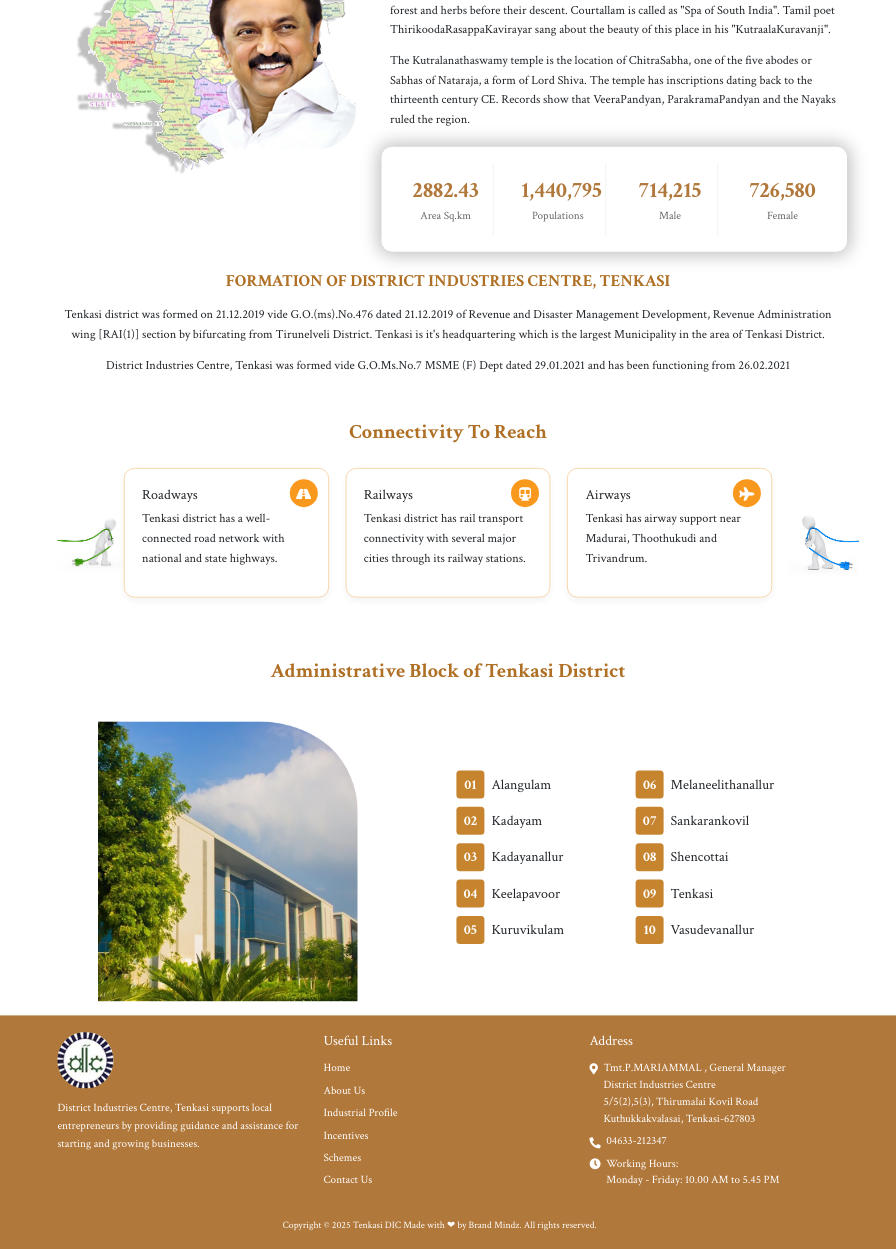
Repository: Brand-Mindz-Global-Technology-Pvt-Ltd/TenkasiDIC--FrontEnd
Page: About US/aboutus.html
The author's editor kept a copy of each file at every save. The page is drawn from the files as they stood at one save, then again after the next save.
The browser window is 1280 px wide. The pictures show the part of the page from y = 832 to 2752 px (the page is 2616 px tall before and 2752 px after), at 70% of full size.

Above is the page before, as saved 2025-07-09 09:17:08.

### About US/aboutus.html
<!DOCTYPE html>
<html lang="en">
<head>
  <meta charset="UTF-8">
  <title>Tenkasi District</title>
  <link rel="shortcut icon" type="image/x-icon" href="../img/favicon.ico">
  <meta name="viewport" content="width=device-width, initial-scale=1">
  <link href="https://cdn.jsdelivr.net/npm/bootstrap@5.3.2/dist/css/bootstrap.min.css" rel="stylesheet">
  <!-- Added Crimson Text font as requested -->
  <link href="https://fonts.googleapis.com/css2?family=Crimson+Text:wght@400;600;700&display=swap" rel="stylesheet">
  <link rel="stylesheet" href="https://cdnjs.cloudflare.com/ajax/libs/font-awesome/5.15.4/css/all.min.css">
  <link rel="stylesheet" href="./aboutus.css">
  <link rel="icon" type="image/x-icon" href="../img/dic.ico">

</head>
<body>

    <!-- Banner Image Section with overlay navbar -->
  <div class="position-relative">
    <div class="container position-absolute top-0 start-50 translate-middle-x" style="z-index: 1030; padding-top: 15px; margin-top:16px;">
      <nav class="navbar navbar-expand-lg shadow" id="mainNav">
        <a class="navbar-brand" href="../LandingPage/LandingPage.html">
            <img src="../img/diclogo.jpg" alt="Logo" />
        </a>
        <button class="navbar-toggler" type="button" data-bs-toggle="collapse" data-bs-target="#navbarNav" aria-controls="navbarNav" aria-expanded="false" aria-label="Toggle navigation">
          <span class="navbar-toggler-icon">
            <span class="middle-bar"></span>
          </span>
        </button>
        <div class="collapse navbar-collapse justify-content-center" id="navbarNav">
          <ul class="navbar-nav">
            <li class="nav-item"><a class="nav-link" href="../LandingPage/LandingPage.html">Home</a></li>
            <li class="nav-item"><a class="nav-link active" href="../About US/aboutus.html">About Us</a></li>
            <li class="nav-item"><a class="nav-link" href="../Industrial Profile/Industrial.html">Industrial Profile</a></li>
            <li class="nav-item"><a class="nav-link" href="../Incentive Page/Incentives.html">Incentives</a></li>
            <li class="nav-item"><a class="nav-link " href="../Schemes/Schemes.html">Schemes</a></li>
            <li class="nav-item"><a class="nav-link" href="../Contact Page/Contactus.html">Contact Us</a></li>
          </ul>
        </div>
      </nav>
    </div>

    <div class="banner-container position-relative">
      <img src="../img/aboutus.png" alt="Schemes Banner" class="banner-image banner-blur">
      <!-- Black overlay -->
      <div class="banner-black-overlay"></div>
      <a href="https://msmeonline.tn.gov.in" class="incentives-link" target="_blank" rel="noopener noreferrer">
        For all Loans and Incentives: msmeonline.tn.gov.in
      </a>
      <div class="aboutus-banner-overlay d-flex flex-column align-items-center justify-content-end">
        <h1 class="aboutus-banner-title mb-2">About us</h1>
        <nav class="aboutus-breadcrumb" aria-label="breadcrumb">
          <ol class="breadcrumb mb-0 p-0 bg-transparent">
            <li class="breadcrumb-item">
              <a href="../LandingPage/LandingPage.html" class="aboutus-breadcrumb-link">Home</a>
            </li>
            <li class="breadcrumb-item active" aria-current="page">About us</li>
          </ol>
        </nav>
      </div>
    </div>
  </div>
<div class="container mt-4">
  <!-- District Overview -->
  <div class="row align-items-center">
    <div class="col-md-5 text-center mb-4">
      <img src="../img/tenkasimap.png" alt="Tenkasi Map" class="map-img">
    </div>
    <div class="col-md-7">
      <div class="glance-title">District at a Glance</div>
      <div class="about-title">About District</div>
      <p>
        The new Tenkasi district was bifurcated from Tirunelveli in 2019. Tenkasi District is located in the south western region of Tamilnadu. It is surrounded by Tirunelveli district in the south east and Virudhunagar in the North. The total geographical area of the district is 2882.44sq.kms. It comprises of 8 Talukas 5 Municipalities, 18 Town panchayaths, 246 revenue villages, 221 village panchayaths.
              </p>
      <p>
        The Chittar river flows through the district.  The famous Coutrallam Falls is on Chittar River. The waterfalls of Courtallam are said to have medicinal value as they run through forest and herbs before their descent. Courtallam is called as "Spa of South India". Tamil poet ThirikoodaRasappaKavirayar sang about the beauty of this place in his "KutraalaKuravanji".
      </p>
<p>
  The Kutralanathaswamy temple is the location of ChitraSabha, one of the five abodes or Sabhas of Nataraja, a form of Lord Shiva. The temple has inscriptions dating back to the thirteenth century CE. Records show that VeeraPandyan, ParakramaPandyan and the Nayaks ruled the region.

</p>

      <div class="row text-center mt-4">
        <div class="stats-container p-4" style="background: white; border-radius: 15px;     box-shadow: 0 0 25px 5px rgba(0, 0, 0, 0.25);
">
          <div class="row">
            <div class="col-6 col-md-3 mb-3 mb-md-0">
              <div class="stats-item" style="padding: 15px; border-right: 1px solid #eee;">
                <div class="count" data-target="2882.43" style="font-size: 2rem; font-weight: 700; color: #b1783b;">0</div>
                <div class="count-label" style="color: #666;">Area Sq.km</div>
              </div>
            </div>
            <div class="col-6 col-md-3 mb-3 mb-md-0">
              <div class="stats-item" style="padding: 15px; border-right: 1px solid #eee;">
                <div class="count" data-target="1440795" style="font-size: 2rem; font-weight: 700; color: #b1783b;">0</div>
                <div class="count-label" style="color: #666;">Populations</div>
              </div>
            </div>
            <div class="col-6 col-md-3">
              <div class="stats-item" style="padding: 15px; border-right: 1px solid #eee;">
                <div class="count" data-target="714215" style="font-size: 2rem; font-weight: 700; color: #b1783b;">0</div>
                <div class="count-label" style="color: #666;">Male</div>
              </div>
            </div>
            <div class="col-6 col-md-3">
              <div class="stats-item" style="padding: 15px;">
                <div class="count" data-target="726580" style="font-size: 2rem; font-weight: 700; color: #b1783b;">0</div>
                <div class="count-label" style="color: #666;">Female</div>
              </div>
            </div>
          </div>
        </div>
      </div>
    </div>
  </div>

  <div class="text-center mb-5">

    <div class="about-title mt-4">FORMATION OF DISTRICT INDUSTRIES CENTRE, TENKASI</div>
    <p>
      Tenkasi district was formed on 21.12.2019 vide G.O.(ms).No.476 dated 21.12.2019 of Revenue and Disaster Management Development, Revenue Administration wing [RAI(1)] section by bifurcating from Tirunelveli District. Tenkasi is it's headquartering which is the largest Municipality in the area of Tenkasi District.

    </p>
    <p>

      District Industries Centre, Tenkasi was formed vide G.O.Ms.No.7 MSME (F) Dept dated 29.01.2021 and has been functioning from 26.02.2021
    </p>
  </div>

  <!-- Connectivity -->
  <div class="connectivity-title">Connectivity To Reach</div>
  <div class="row justify-content-between align-items-center">
    <div class="col-md-1 text-center d-none d-md-block">
      <img src="../img/left.jpg" alt="Plug Left" class="plug-img">
    </div>
    <div class="col-12 col-md-10">
      <div class="row">
        <div class="col-md-4 mb-4">
          <div class="connect-card">
            <div class="connect-icon"><i class="fas fa-road"></i></div>
            <h5>Roadways</h5>
            <p>Tenkasi district has a well-connected road network with national and state highways.</p>
          </div>
        </div>
        <div class="col-md-4 mb-4">
          <div class="connect-card">
            <div class="connect-icon"><i class="fas fa-subway"></i></div>
            <h5>Railways</h5>
            <p>Tenkasi district has rail transport connectivity with several major cities through its railway stations.</p>
          </div>
        </div>
        <div class="col-md-4 mb-4">
          <div class="connect-card">
            <div class="connect-icon"><i class="fas fa-plane"></i></div>
            <h5>Airways</h5>
            <p>Tenkasi has airway support near Madurai, Thoothukudi and Trivandrum.</p>
          </div>
        </div>
      </div>
    </div>
    <div class="col-md-1 text-center d-none d-md-block">
      <img src="../img/right.jpg" alt="Plug Right" class="plug-img">
    </div>
  </div>

  <!-- Administrative Blocks - Updated to match Image 1 layout -->
  <div class="admin-title">Administrative Block of Tenkasi District</div>
  <div class="admin-blocks">
    <div class="row align-items-center">
      <div class="col-lg-6 mb-4 mb-lg-0">
        <img src="../img/Admin.png" class="admin-image" alt="Admin Building">
      </div>
      <div class="col-lg-6">
        <div class="row">
          <div class="col-12 col-md-6 mb-3 mb-md-0">
            <ul class="admin-list" style="font-size: 1.2rem; padding-left: 0;">
              <li style="margin-bottom: 0.75rem;"><span class="admin-number">01</span> Alangulam</li>
              <li style="margin-bottom: 0.75rem;"><span class="admin-number">02</span> Kadayam</li>
              <li style="margin-bottom: 0.75rem;"><span class="admin-number">03</span> Kadayanallur</li>
              <li style="margin-bottom: 0.75rem;"><span class="admin-number">04</span> Keelapavoor</li>
              <li style="margin-bottom: 0.75rem;"><span class="admin-number">05</span> Kuruvikulam</li>
            </ul>
          </div>
          <div class="col-12 col-md-6">
            <ul class="admin-list" style="font-size: 1.2rem; padding-left: 0;">
              <li style="margin-bottom: 0.75rem;"><span class="admin-number">06</span> Melaneelithanallur</li>
              <li style="margin-bottom: 0.75rem;"><span class="admin-number">07</span> Sankarankovil</li>
              <li style="margin-bottom: 0.75rem;"><span class="admin-number">08</span> Shencottai</li>
              <li style="margin-bottom: 0.75rem;"><span class="admin-number">09</span> Tenkasi</li>
              <li style="margin-bottom: 0.75rem;"><span class="admin-number">10</span> Vasudevanallur</li>
            </ul>
          </div>
        </div>
        <style>
          @media (max-width: 767.98px) {
            .admin-list {
              margin-bottom: 0;
            }
            .admin-list li {
              margin-bottom: 0.78rem !important;
              padding-left: 0 !important;
            }
          }
        </style>
      </div>
    </div>
  </div>
</div>
<footer class="py-4">
  <div class="container">
      <div class="row">
          <div class="col-md-4 mb-4 mb-md-0">
              <div class="d-flex align-items-center mb-3">
                  <img src="../img/diclogo.jpg" alt="DIC Logo" style="width: 80px; height: 80px;" class="me-3">
              </div>
              <p class="text-white" style="font-size: 16px;">
                  District Industries Centre, Tenkasi supports local entrepreneurs by providing guidance and assistance for starting and growing businesses.
              </p>
          </div>
          <div class="col-md-4 mb-4 mb-md-0">
              <h5 class="text-white mb-3">Useful Links</h5>
              <ul class="list-unstyled">
                <li class="mb-2"><a href="../LandingPage/LandingPage.html" class="text-white text-decoration-none">Home</a></li>
                <li class="mb-2"><a href="../About US/aboutus.html" class="text-white text-decoration-none">About Us</a></li>
                <li class="mb-2"><a href="../Industrial Profile/Industrial.html" class="text-white text-decoration-none">Industrial Profile</a></li>
                <li class="mb-2"><a href="../Incentive Page/Incentives.html" class="text-white text-decoration-none">Incentives</a></li>
                <li class="mb-2"><a href="../Schemes/Schemes.html" class="text-white text-decoration-none">Schemes</a></li>
                <li class="mb-2"><a href="../Contact Page/Contactus.html" class="text-white text-decoration-none">Contact Us</a></li>
              </ul>
          </div>
          <div class="col-md-4 mb-4 mb-md-0">
            <h5 class="text-white mb-3">Address</h5>
            <ul class="list-unstyled">
              <li class="mb-2 text-white d-flex align-items-start">
                <i class="fas fa-map-marker-alt text-white me-2 mt-1"></i>
                <div>
                  <span>Tmt.P.MARIAMMAL , General Manager</span><br>
                  <span>District Industries Centre</span><br>
                  <span>5/5(2),5(3), Thirumalai Kovil Road</span><br>
                  <span>Kuthukkakvalasai, Tenkasi-627803</span>
                </div>
              </li>
              <li class="mb-2 text-white d-flex align-items-center">
                <i class="fas fa-phone-alt text-white me-2 mt-1"></i>
                <a href="tel:04633-212347" class="text-white text-decoration-none">04633-212347</a>
              </li>
              <li class="mb-2 text-white d-flex align-items-start">
                <i class="fas fa-clock text-white me-2 mt-1"></i>
                <div>
                  <span>Working Hours:</span><br>
                  <span>Monday - Friday: 10.00 AM to 5.45 PM</span>
                </div>
              </li>
            </ul>
        </div>

      <div class="row mt-4">
          <div class="col-12 text-center">
            <p class="text-white mb-0" style="font-size: 14px;">Copyright © 2025 Tenkasi DIC Made with ❤ by <a href="https://www.brandmindz.com/" target="_blank" style="color: white; text-decoration: none;">Brand Mindz</a>. All rights reserved.</p>          </div>
      </div>
  </div>
</footer>
<script>
  const counters = document.querySelectorAll('.count');
  counters.forEach(counter => {
    const updateCount = () => {
      const target = +counter.getAttribute('data-target');
      const isDecimal = counter.getAttribute('data-target').includes(".");
      const count = +counter.innerText;
      const speed = 100;
      const increment = target / speed;

      if (count < target) {
        counter.innerText = isDecimal
          ? (count + increment).toFixed(2)
          : Math.ceil(count + increment);
        setTimeout(updateCount, 20);
      } else {
        counter.innerText = isDecimal ? target.toFixed(2) : target.toLocaleString();
      }
    };
    updateCount();
  });
</script>
<script src="https://cdn.jsdelivr.net/npm/bootstrap@5.3.3/dist/js/bootstrap.bundle.min.js"></script>
  <script>
    document.addEventListener('DOMContentLoaded', function() {
      // Fixed navbar on scroll
      window.addEventListener('scroll', function() {
        const navbar = document.getElementById('mainNav');
        const body = document.body;
        const navbarContainer = navbar.parentElement;

        if (window.scrollY > 100) {
          // When scrolled, make navbar fixed at top
          navbar.classList.add('fixed-top');
          navbar.classList.remove('position-relative');
          body.classList.add('scrolled');

          // Remove the container's positioning to allow navbar to be full width
          navbarContainer.classList.remove('position-absolute', 'top-0', 'start-50', 'translate-middle-x');
          navbarContainer.style.width = '100%';
          navbarContainer.style.maxWidth = '100%';
          navbarContainer.style.padding = '0';
        } else {
          // Reset to original state when at top
          navbar.classList.remove('fixed-top');
          navbar.classList.add('position-relative');
          body.classList.remove('scrolled');

          // Restore the container's positioning
          navbarContainer.classList.add('position-absolute', 'top-0', 'start-50', 'translate-middle-x');
          navbarContainer.style.width = '';
          navbarContainer.style.maxWidth = '';
          navbarContainer.style.padding = '';
        }
      });

      // Get all navigation links
      const navLinks = document.querySelectorAll('.nav-link');

      // Get the collapse element
      const navbarCollapse = document.getElementById('navbarNav');
      const bsCollapse = new bootstrap.Collapse(navbarCollapse, {toggle: false});

      // Add click event listener to each navigation link
      navLinks.forEach(function(navLink) {
        navLink.addEventListener('click', function() {
          // Close the navbar when a link is clicked
          if (navbarCollapse.classList.contains('show')) {
            bsCollapse.hide();
          }
        });
      });

      // Close navbar when clicking outside
      document.addEventListener('click', function(event) {
        // Check if the navbar is expanded and the click is outside the navbar
        const isNavbarExpanded = navbarCollapse.classList.contains('show');
        const isClickInsideNavbar = navbarCollapse.contains(event.target);
        const isClickOnToggler = event.target.classList.contains('navbar-toggler') ||
                                event.target.classList.contains('navbar-toggler-icon');

        if (isNavbarExpanded && !isClickInsideNavbar && !isClickOnToggler) {
          bsCollapse.hide();
        }
      });
    });
  </script>
</body>
</html>

Loaded but not shown: About US/aboutus.css (539 lines, source omitted)

After the next save:
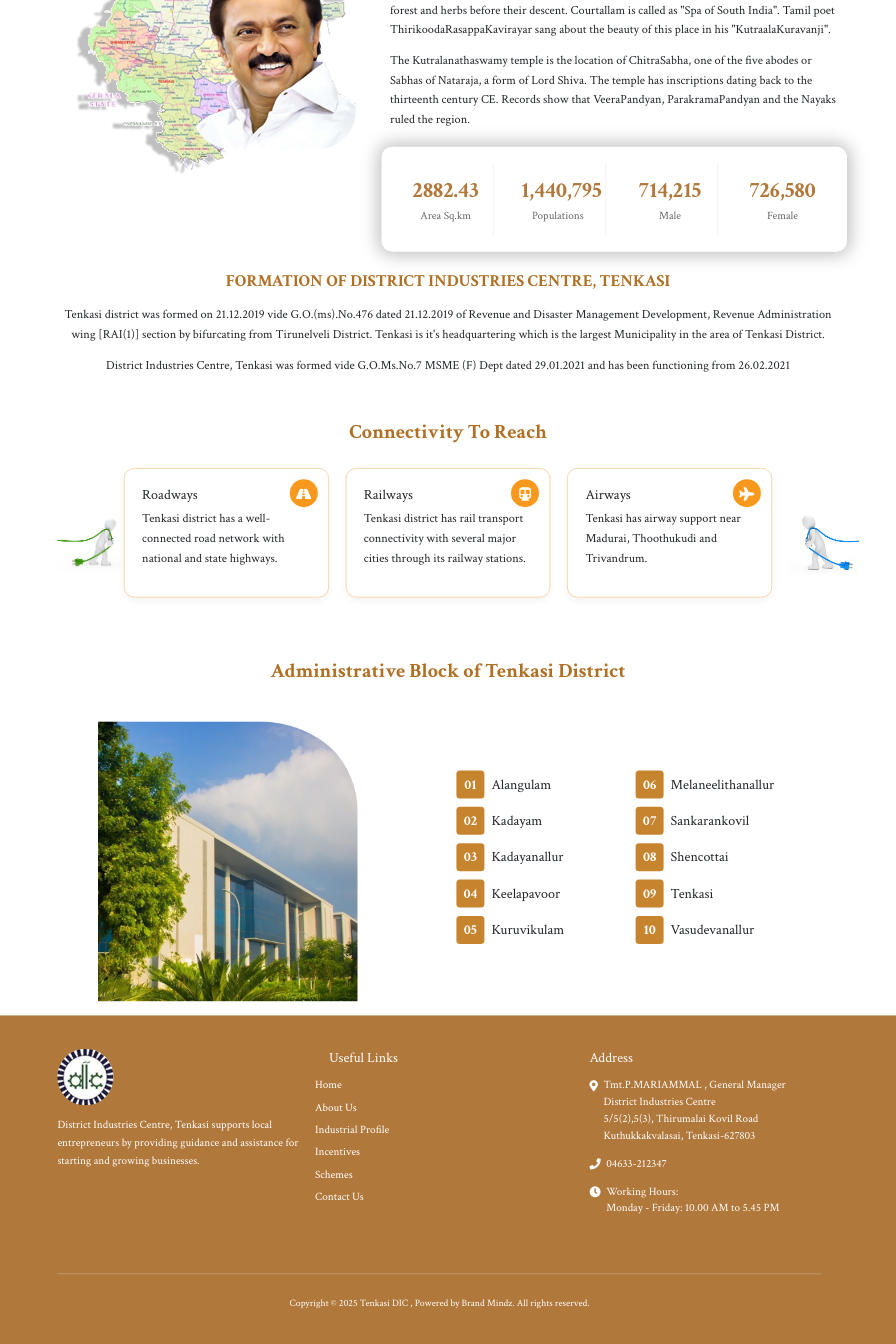
Saved 17 s later.
--- a/About US/aboutus.html
+++ b/About US/aboutus.html
@@ -206,8 +206,8 @@
     </div>
   </div>
 </div>
-<footer class="py-4">
-  <div class="container">
+<footer class="py-5">
+  <div class="container" >
       <div class="row">
           <div class="col-md-4 mb-4 mb-md-0">
               <div class="d-flex align-items-center mb-3">
@@ -217,46 +217,48 @@
                   District Industries Centre, Tenkasi supports local entrepreneurs by providing guidance and assistance for starting and growing businesses.
               </p>
           </div>
+          <div class="col-md-4 mb-4 mb-md-0 d-flex flex-column align-items-start" style="padding-left: 0;">
+              <h5 class="text-white mb-3" style="margin-left: 20px;">Useful Links</h5>
+              <ul class="list-unstyled" style="margin-left: 0; padding-left: 0;">
+                  <li class="mb-2" style="margin-left: 0;"><a href="../LandingPage/LandingPage.html" class="text-white text-decoration-none">Home</a></li>
+                  <li class="mb-2" style="margin-left: 0;"><a href="../About US/aboutus.html" class="text-white text-decoration-none">About Us</a></li>
+                  <li class="mb-2" style="margin-left: 0;"><a href="../Industrial Profile/Industrial.html" class="text-white text-decoration-none">Industrial Profile</a></li>
+                  <li class="mb-2" style="margin-left: 0;"><a href="../Incentive Page/Incentives.html" class="text-white text-decoration-none">Incentives</a></li>
+                  <li class="mb-2" style="margin-left: 0;"><a href="../Schemes/Schemes.html" class="text-white text-decoration-none">Schemes</a></li>
+                  <li class="mb-2" style="margin-left: 0;"><a href="../Contact Page/Contactus.html" class="text-white text-decoration-none">Contact Us</a></li>
+              </ul>
+          </div>
           <div class="col-md-4 mb-4 mb-md-0">
-              <h5 class="text-white mb-3">Useful Links</h5>
-              <ul class="list-unstyled">
-                <li class="mb-2"><a href="../LandingPage/LandingPage.html" class="text-white text-decoration-none">Home</a></li>
-                <li class="mb-2"><a href="../About US/aboutus.html" class="text-white text-decoration-none">About Us</a></li>
-                <li class="mb-2"><a href="../Industrial Profile/Industrial.html" class="text-white text-decoration-none">Industrial Profile</a></li>
-                <li class="mb-2"><a href="../Incentive Page/Incentives.html" class="text-white text-decoration-none">Incentives</a></li>
-                <li class="mb-2"><a href="../Schemes/Schemes.html" class="text-white text-decoration-none">Schemes</a></li>
-                <li class="mb-2"><a href="../Contact Page/Contactus.html" class="text-white text-decoration-none">Contact Us</a></li>
-              </ul>
-          </div>
-          <div class="col-md-4 mb-4 mb-md-0">
-            <h5 class="text-white mb-3">Address</h5>
-            <ul class="list-unstyled">
-              <li class="mb-2 text-white d-flex align-items-start">
-                <i class="fas fa-map-marker-alt text-white me-2 mt-1"></i>
-                <div>
-                  <span>Tmt.P.MARIAMMAL , General Manager</span><br>
-                  <span>District Industries Centre</span><br>
-                  <span>5/5(2),5(3), Thirumalai Kovil Road</span><br>
-                  <span>Kuthukkakvalasai, Tenkasi-627803</span>
-                </div>
-              </li>
-              <li class="mb-2 text-white d-flex align-items-center">
-                <i class="fas fa-phone-alt text-white me-2 mt-1"></i>
-                <a href="tel:04633-212347" class="text-white text-decoration-none">04633-212347</a>
-              </li>
-              <li class="mb-2 text-white d-flex align-items-start">
-                <i class="fas fa-clock text-white me-2 mt-1"></i>
-                <div>
-                  <span>Working Hours:</span><br>
-                  <span>Monday - Friday: 10.00 AM to 5.45 PM</span>
-                </div>
-              </li>
-            </ul>
-        </div>
-
-      <div class="row mt-4">
+      <h5 class="text-white mb-3">Address</h5>
+      <ul class="list-unstyled">
+        <li class="mb-3 text-white d-flex align-items-start">
+          <i class="fas fa-map-marker-alt text-white me-2 mt-1"></i>
+          <div>
+            <span>Tmt.P.MARIAMMAL , General Manager</span><br>
+            <span>District Industries Centre</span><br>
+            <span>5/5(2),5(3), Thirumalai Kovil Road</span><br>
+            <span>Kuthukkakvalasai, Tenkasi-627803</span>
+          </div>
+        </li>
+        <li class="mb-3 text-white d-flex align-items-center">
+          <i class="fas fa-phone text-white me-2"></i>
+          <a href="tel:04633-212347" class="text-white text-decoration-none">04633-212347</a>
+        </li>
+        <li class="mb-3 text-white d-flex align-items-start">
+          <i class="fas fa-clock text-white me-2 mt-1"></i>
+          <div>
+            <span>Working Hours:</span><br>
+            <span>Monday - Friday: 10.00 AM to 5.45 PM</span>
+          </div>
+        </li>
+      </ul>
+  </div>
+      <div class="row mt-5">
           <div class="col-12 text-center">
-            <p class="text-white mb-0" style="font-size: 14px;">Copyright © 2025 Tenkasi DIC Made with ❤ by <a href="https://www.brandmindz.com/" target="_blank" style="color: white; text-decoration: none;">Brand Mindz</a>. All rights reserved.</p>          </div>
+              <hr style="border: none; border-top: 2px solid #ccc; margin-bottom:30px;">
+              <p style="text-align: center; font-size: 14px; color: #555;">
+              <p class="text-white mb-0" style="font-size: 14px;">Copyright © 2025 Tenkasi DIC , Powered by <a href="https://www.brandmindz.com/" target="_blank" style="color: white; text-decoration: none; transition: color 0.3s ease;" onmouseover="this.style.color='#af6f24'" onmouseout="this.style.color='white'">Brand Mindz</a>. All rights reserved.</p>
+          </div>
       </div>
   </div>
 </footer>
